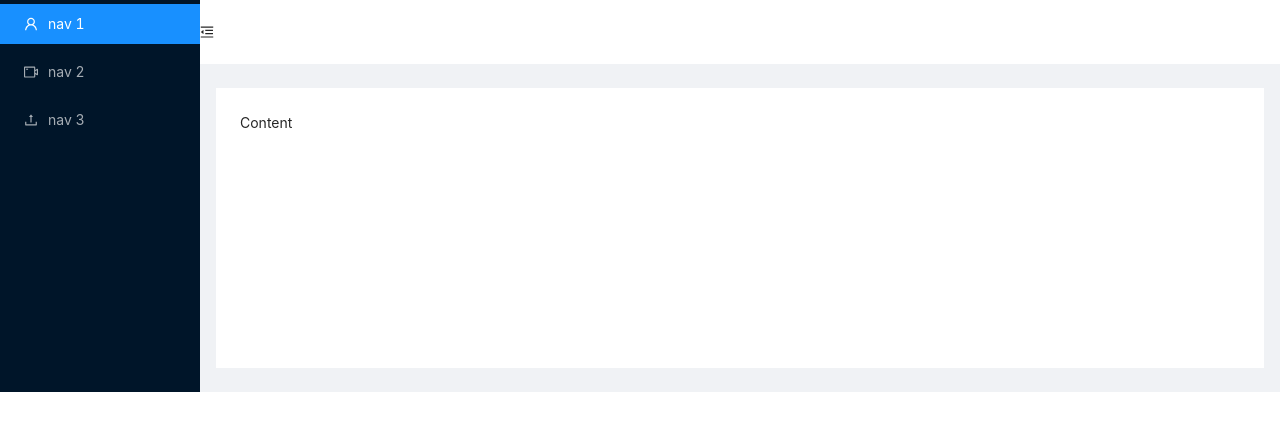
Repository: tiendungjr123/ant-design
Page: /
The author's editor kept a copy of each file at every save. The page is drawn from the files as they stood at one save, then again after the next save.
The browser window is 1280 px wide. The pictures show the whole page.
The project was rebuilt for these pictures with package versions that can differ from the ones it lists, and the page was loaded fresh each time.

Above is the page before, as saved 2022-09-28 21:46:13.

After the next save:
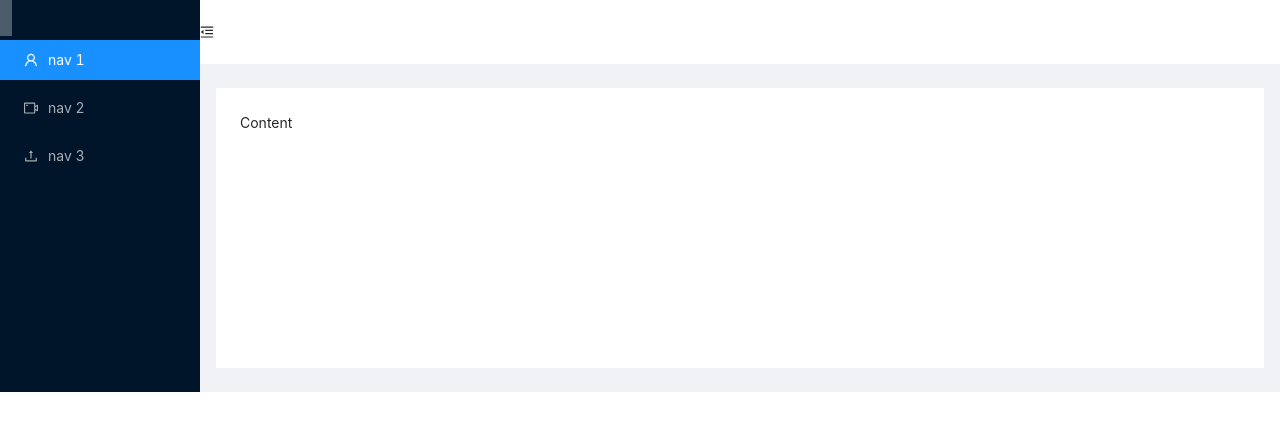
Saved 92 s later.
--- a/src/App.js
+++ b/src/App.js
@@ -15,7 +15,7 @@ const App = () => {
   return (
     <Layout style={{maxHeight:'100vh'}}>
       <Sider trigger={null} collapsible collapsed={collapsed}>
-        <div className="logo" />
+        <div className="logo" style={{height:'36px',width:'12px',background: 'rgba(255, 255, 255, 0.3)'}} />
         <Menu
           theme="dark"
           mode="inline"
